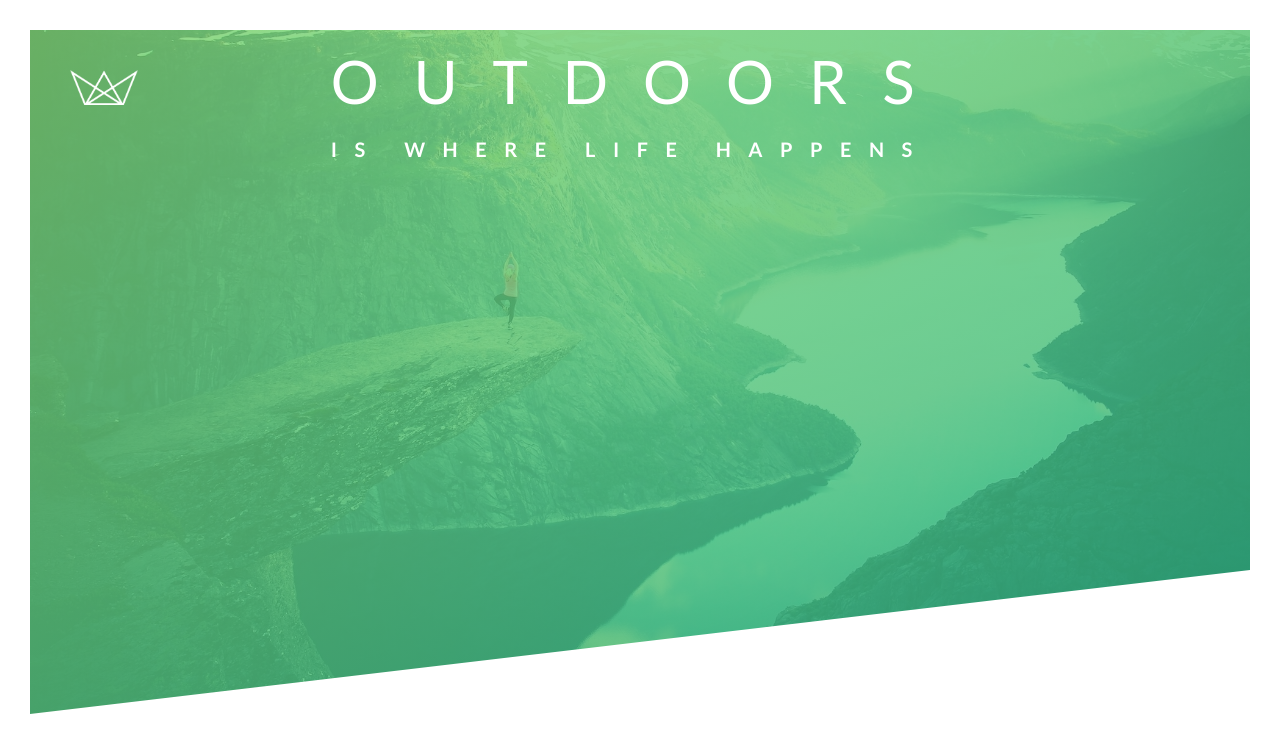
Repository: kamilluc/advanced-css-course
Page: Natours/my-implementation/index.html
These files come from the project's save history. The page is drawn as it stood at one moment and after the next save; the edit follows.
The browser window is 1280 px wide. The pictures show the whole page.

Above is the page before, as saved 2019-05-24 21:26:09.

After the next save:
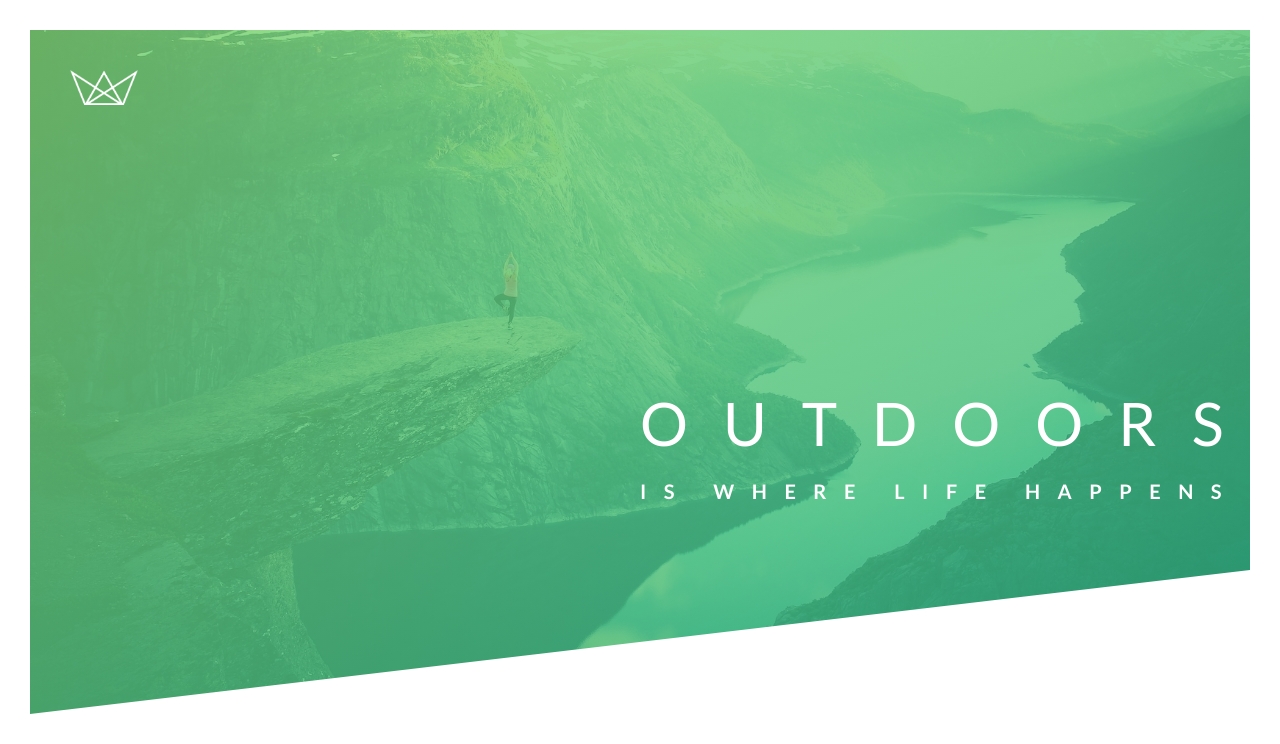
Saved 24 s later.
--- a/Natours/my-implementation/css/style.css
+++ b/Natours/my-implementation/css/style.css
@@ -40,9 +40,6 @@ body {
   /* AA 4CHROME */
   -webkit-backface-visibility: hidden;
   position: relative;
-  display: flex;
-  justify-content: center;
-  align-content: center;
 }
 
 .logo-box {
@@ -55,9 +52,9 @@ body {
   height: 35px;
 }
 .text-box {
-  display: flex;
-  justify-content: center;
-  align-content: center;
+  position: absolute;
+  top: 50%;
+  left: 50%;
 }
 .heading-primary {
   color: white;
